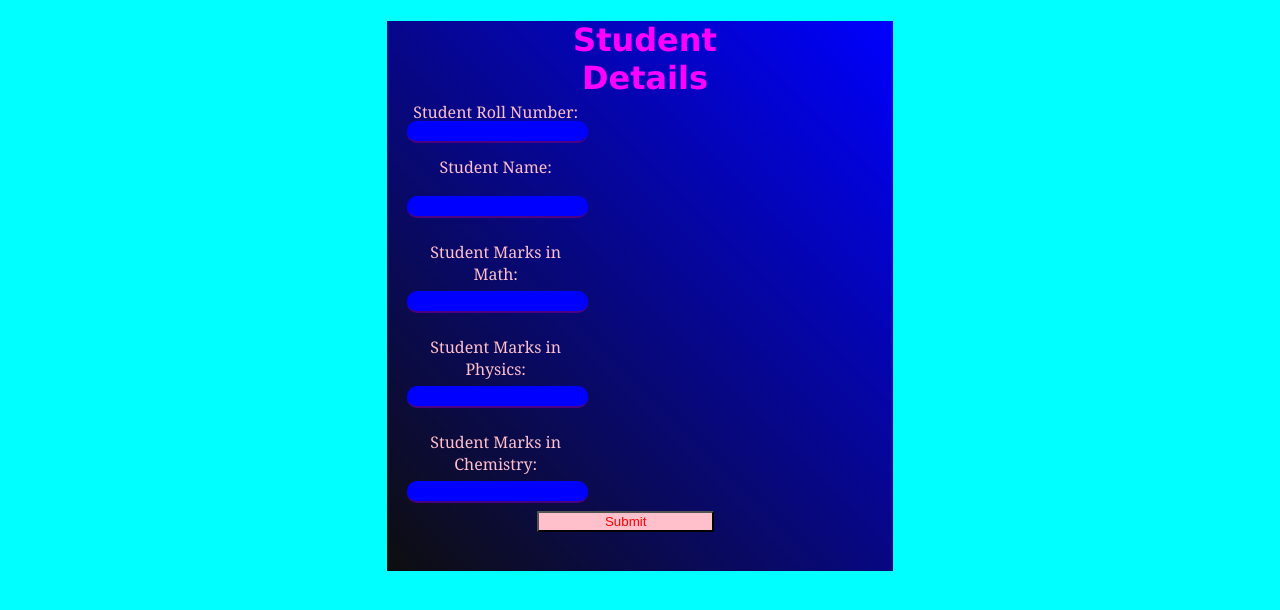
Repository: prm2711/javaapps
Page: eclipse-workspace/FirstProject/WebContent/index.html
The author's editor kept a copy of each file at every save. The page is drawn from the files as they stood at one save, then again after the next save.
The browser window is 1280 px wide. The pictures show the whole page.

Above is the page before, as saved 2018-01-19 11:01:14.

### eclipse-workspace/FirstProject/WebContent/index.html
<!DOCTYPE html>
<html>
<head>
<meta charset="ISO-8859-1">
<title>Student form</title>
<link rel="stylesheet" type="text/css" href="css/format.css">
<meta name="viewport" content="width=device-width, initial-scale=1.0">
</head>
<body>
		<div class="top_container"></div>
		<div class="small_container1"></div>
		<div class="small_container2"></div>
		<div class="small_container3"></div>
		<div class="small_container4"></div>

		<div align="center" class="inner_container">
			<form method="post" action="InsertServlet"
				onsubmit="return validateForm()">

				<h1 class="heading">Student Details</h1>
				<p class="label1">Student Roll Number:</p>
				<br> <input class="text-box1" type="text" name="roll_no"
					id="roll_no"><br> <br>
				<p class="label2">Student Name:</p>
				<br> <input class="text-box2" type="text" name="student_name"
					id="student_name"><br> <br>
				<p class="label3">Student Marks in Math:</p>
				<br> <input class="text-box3" type="text" name="marks"
					id="marks"><br> <br>
				<p class="label4">Student Marks in Physics:</p>
				<br> <input class="text-box4" type="text" name="marksphy"
					id="marksphy"><br> <br>
				<p class="label5">Student Marks in Chemistry:</p>
				<br> <input class="text-box5" type="text" name="markschem"
					id="markschem"><br> <br>
					<input class="submitButton" type="submit" value="Submit">

			</form>
		</div>
		<div class="bottom_container"></div>

	<script src="js/insertdata.js"></script>
</body>
</html>

### eclipse-workspace/FirstProject/WebContent/css/format.css
body {
	background-color: cyan;
	position: relative;
}

.inner_container {
	background-color: blue;
	background: linear-gradient(45deg, #0e0e0e, blue);
	position: relative;
	/*top: 50px;
	left: 350px;*/
	height: 550px;
	z-index: 2;
	margin: 0 auto;
	width: 40%;
}

.heading {
	color: magenta;
	font-family: Verdana, Geneva, sans-serif;
	padding-left: 10px;
}

form {
	width: 50%;
	margin: 0 auto;
}

.text-box1, .text-box2, .text-box3, .text-box4, .text-box5 {
	position: absolute;
	left: 20px;
	border: 0px;
	border-bottom: 2px indigo solid;
	border-radius: 10px;
	background: blue;
	color: white;
	font-family: Georgia;
}

.text-box1 {
	top: 100px;
}

.label2, .label3, .label4, .label5,.label1 {
	position: absolute;
	left: 20px;
	color: pink;
	font-family: Georgia;
}

.label1 {
	top: 80px;
}

.label2 {
	top: 135px;
}

.text-box2 {
	top: 175px;
}

.label3 {
	top: 220px;
}

.text-box3 {
	top: 270px;
}

.label4 {
	top: 315px;
}

.text-box4 {
	top: 365px;
}

.label5 {
	top: 410px;
}

.text-box5 {
	top: 460px;
}

.submitButton {
	position: absolute;
	background-color: pink;
	color: red;
	width: 35%;
	left: 150px;
	top: 490px;
	margin: 0 auto;
}

.submitButton:hover {
	background-color: #4caf50;
	color: white;
}

input,p {
	width: 35%;
	margin: 0 auto;
}

@media screen and (max-width: 700px) {
	.inner-container {
		width: 50%;
	}

	form {
	width: 70%;
	}

	input,p,.submitButton {
	width: 50%;
	}

}

@media screen and (max-width: 400px) {
	.inner-container {
		width: 100%;
	}

	form {
	width: 50%;
	}

	,input,p,.submitButton {
	width: 30%;
	}
}

### eclipse-workspace/FirstProject/WebContent/js/insertdata.js
/**
 *
 */
function validateForm() {
	var rollno = document.getElementById("roll_no").value;
	var student_name = document.getElementById("student_name").value;
	var marks = document.getElementById("marks").value;
	var marksphy = document.getElementById("marksphy").value;
	var markschem = document.getElementById("markschem").value;

	if (isNaN(rollno) == true || isNaN(marks) == true
			|| isNaN(marksphy) == true || isNaN(markschem) == true || rollno.length==0 || student_name.length==0 || marks.length==0 || marksphy.length==0 || markschem.length==0) {
		alert("Enter valid details");
		return false;
	}

	else {

		return true;
	}
}

After the next save:
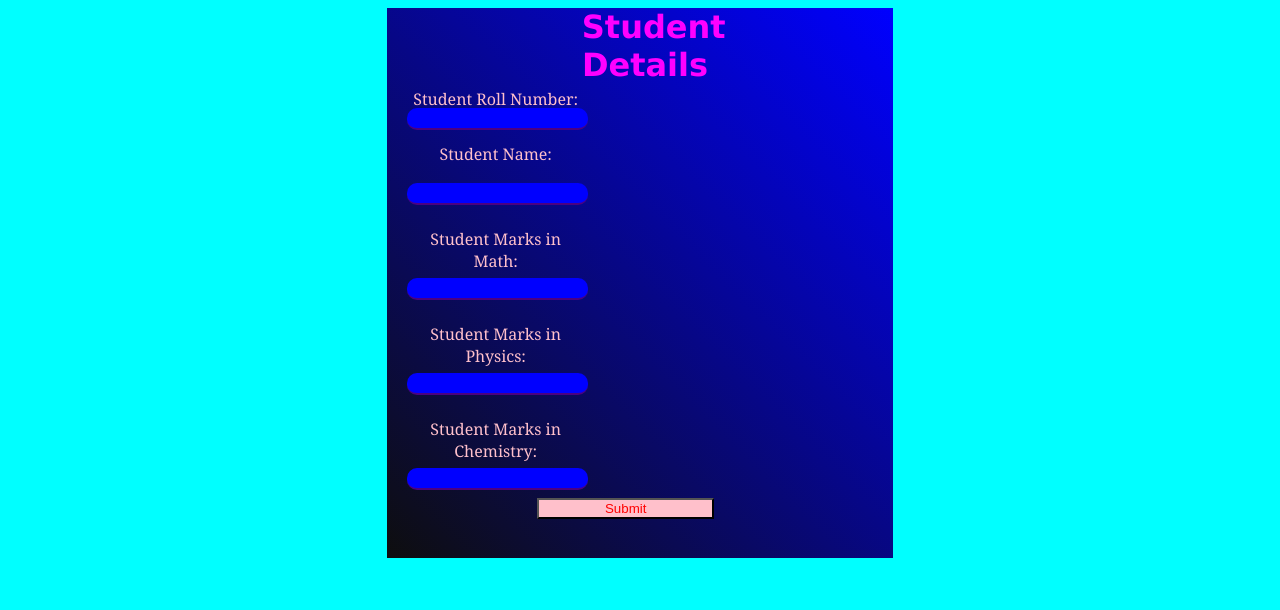
Saved 38 s later.
--- a/eclipse-workspace/FirstProject/WebContent/css/format.css
+++ b/eclipse-workspace/FirstProject/WebContent/css/format.css
@@ -21,7 +21,7 @@ body {
 	padding-left: 10px;
 }
 
-form {
+form,.heading {
 	width: 50%;
 	margin: 0 auto;
 }
